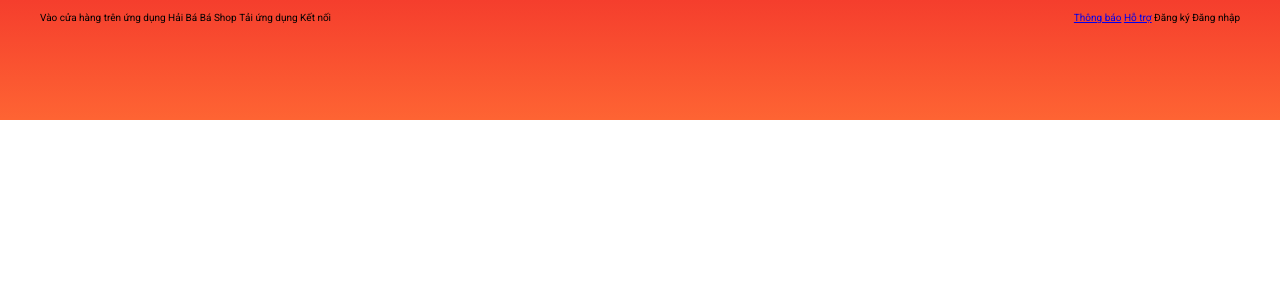
Repository: 0385246651/Shoppee-UI
Page: index.html
The author's editor kept a copy of each file at every save. The page is drawn from the files as they stood at one save, then again after the next save.
The browser window is 1280 px wide. The pictures show the whole page.

Above is the page before, as saved 2022-11-03 17:32:29.

After the next save:
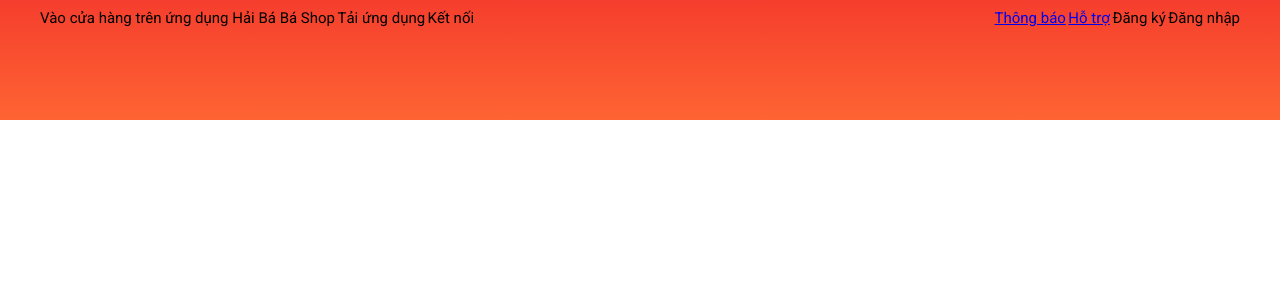
Saved 8 s later.
--- a/assets/css/main.css
+++ b/assets/css/main.css
@@ -15,7 +15,7 @@
     }
 
     .header__navbar-item,
-    header__navbar-item-link{
+    .header__navbar-item-link{
         display: inline-block;
-        font-size: ;
+        font-size: 1.5rem;
     }
